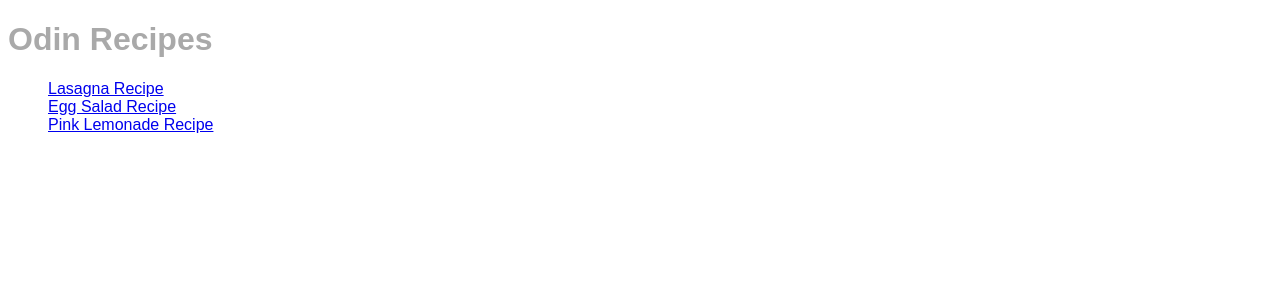
Repository: rsoetydev/odin-recipes
Page: index.html
The author's editor kept a copy of each file at every save. The page is drawn from the files as they stood at one save, then again after the next save.
The browser window is 1280 px wide. The pictures show the whole page.

Above is the page before, as saved 2023-11-25 11:57:07.

### index.html
<!DOCTYPE html>
<html lang="en">
<head>
    <meta charset="UTF-8">
    <meta name="viewport" content="width=device-width, initial-scale=1.0">
    <link rel="stylesheet" href="style.css">
    <title>Odin Recipes</title>
</head>
<body>
    <h1>Odin Recipes</h1>
    <ul>
        <li><a href="recipes/lasagna.html">Lasagna Recipe</a></li>
        <li><a href="recipes/eggsalad.html">Egg Salad Recipe</a></li>
        <li><a href="recipes/pinklemonade.html">Pink Lemonade Recipe</a></li>
    </ul>

</body>
</html>

### style.css
* {
    font-family: sans-serif;
}

ul {
    list-style-type: none;
}

h1 {
    color: darkgray;
}

After the next save:
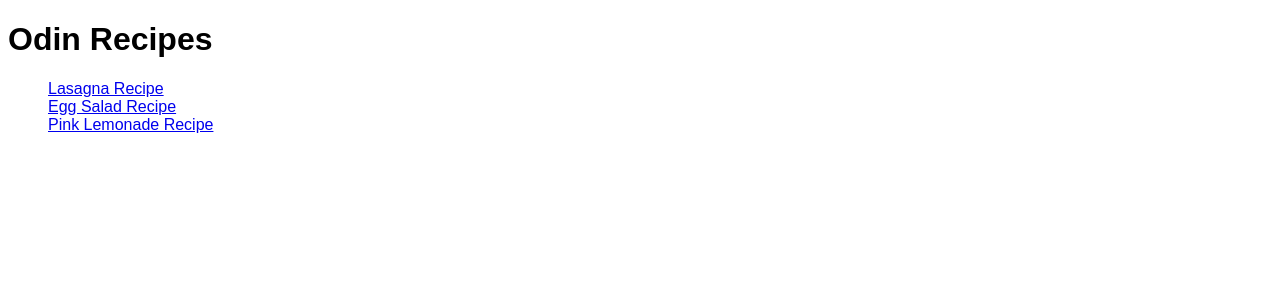
Saved 22 s later.
--- a/style.css
+++ b/style.css
@@ -7,5 +7,5 @@ ul {
 }
 
 h1 {
-    color: darkgray;
+    color: Black;
 }
